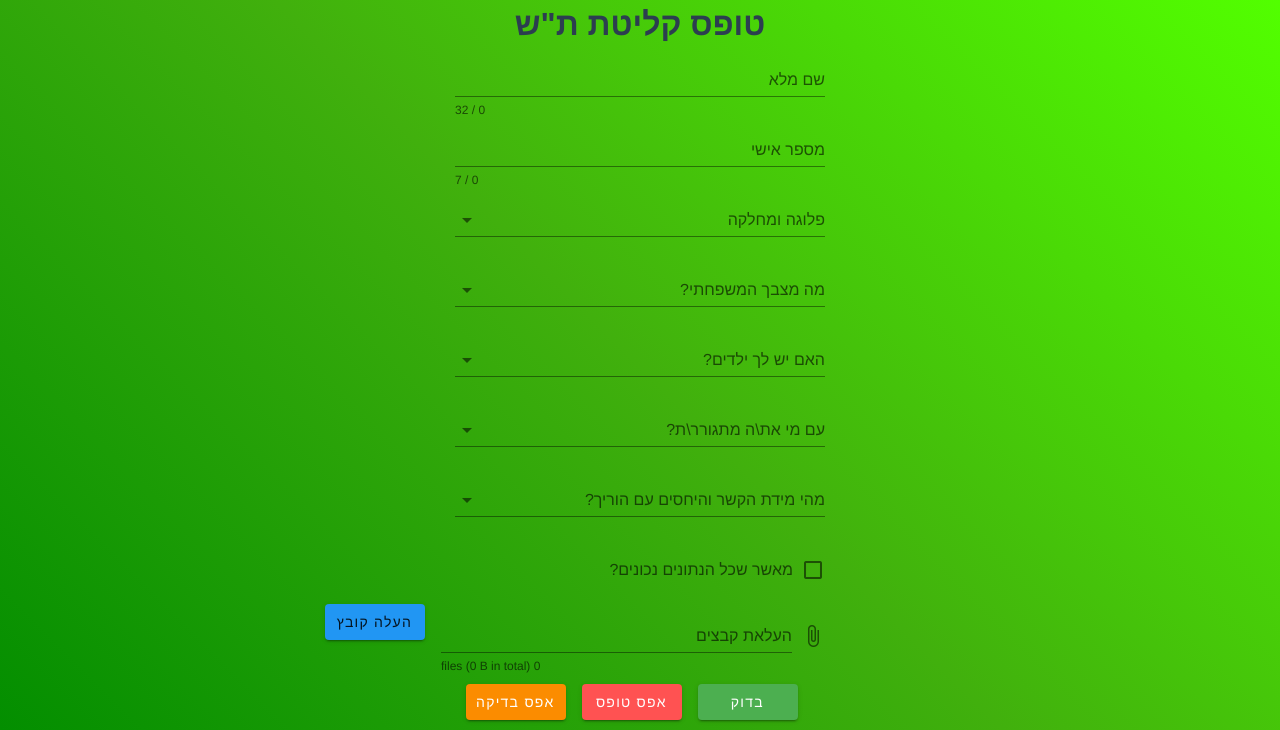
Repository: Natanhel/klitat-tash
Page: /
The author's editor kept a copy of each file at every save. The page is drawn from the files as they stood at one save, then again after the next save.
The browser window is 1280 px wide. The pictures show the whole page.
The page's requests for data from a server got no answer. The project was rebuilt for these pictures with package versions that can differ from the ones it lists, and the page was loaded fresh each time. No one was signed in, and anything a server would have sent is missing. Also part of the build but not shown: vue.config.js.

Above is the page before, as saved 2020-12-01 18:06:29.

After the next save:
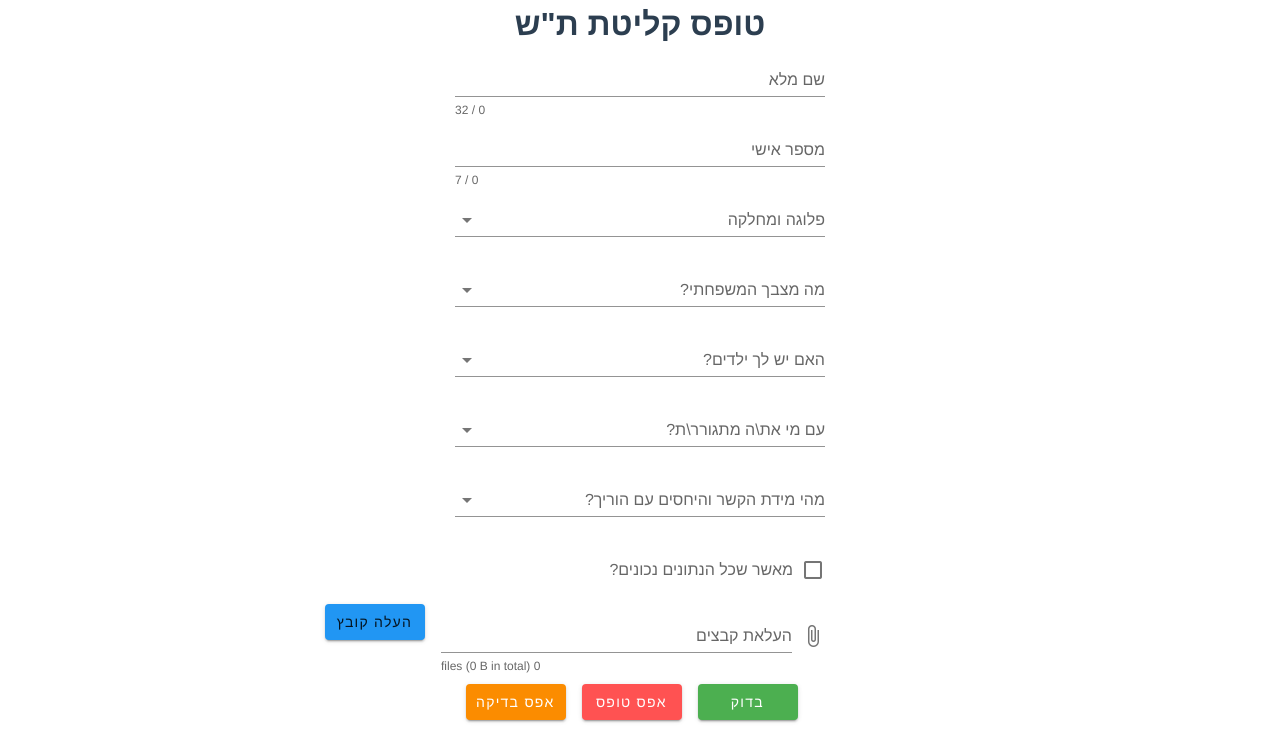
Saved 26 s later.
--- a/src/App.vue
+++ b/src/App.vue
@@ -271,11 +271,4 @@ form
   flex-direction: row;
   width: 500px;
 }
-html
-{
-  /* background: rgb(2,0,36);
-  background: linear-gradient(90deg, rgba(2,0,36,1) 0%, rgba(9,9,121,1) 35%, rgba(0,212,255,1) 100%); */
-  background: rgb(3,142,0);
-background: linear-gradient(45deg, rgba(3,142,0,1) 0%, rgba(65,176,13,1) 50%, rgba(82,255,0,1) 100%);
-}
 </style>
